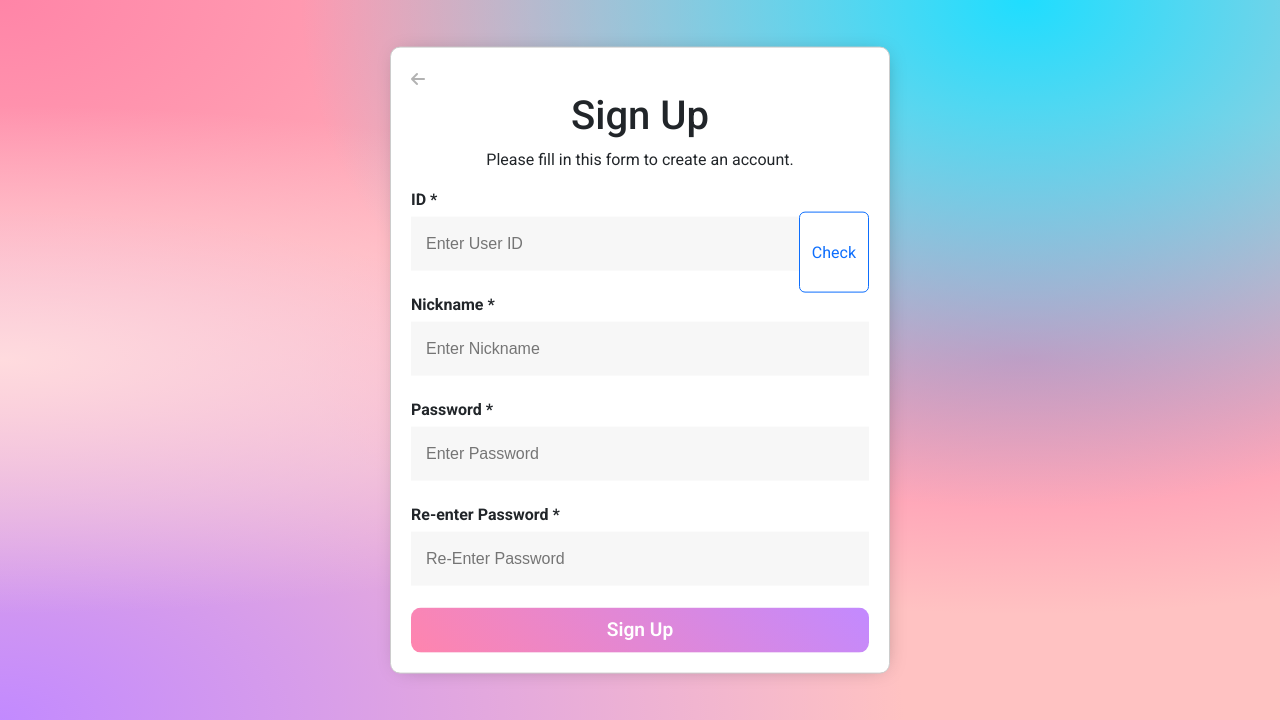
Repository: Jae-yi/JSPMybatis
Page: http://localhost/JspMybatisSub/WEB-INF/views/page/register.jsp
These files come from the project's save history. The page is drawn as it stood at one moment and after the next save; the edit follows.
The browser window is 1280 px wide. The pictures show the whole page.
Some web fonts or font styles are not loaded; a fallback is used. Some web libraries are served in a nearby version. The page is served by Tomcat 9. Nobody is signed in. The template is opened directly, without the code that normally fills it, so the values that code supplies are empty.

Above is the page before, as saved 2023-02-01 11:10:44.

After the next save:
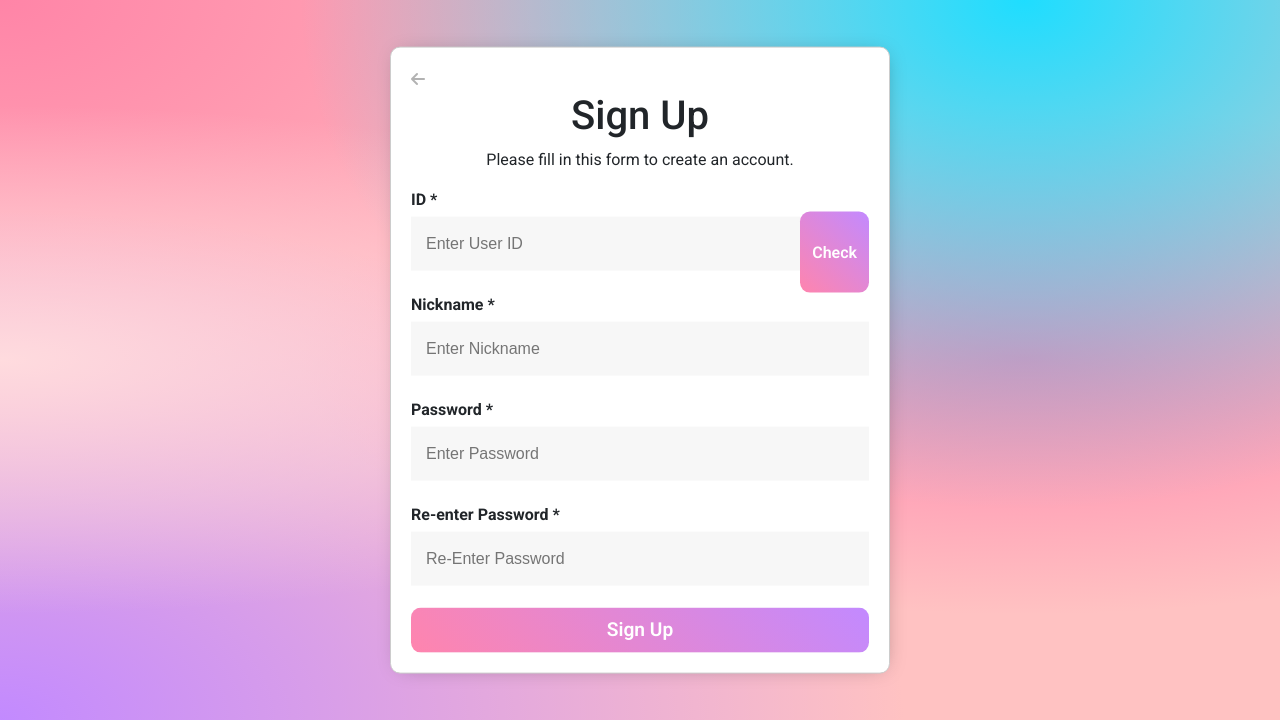
Saved 75 s later.
--- a/JspMybatisSub/src/main/webapp/resources/css/register.css
+++ b/JspMybatisSub/src/main/webapp/resources/css/register.css
@@ -77,7 +77,7 @@ input[type=text]:focus, input[type=password]:focus, input[type=phone]:focus, sel
   outline: none;
 }
 
-.duplIdCheck {
+#duplIdCheck {
   border: none;
   border-radius: 10px;
   font-size: 1rem;
